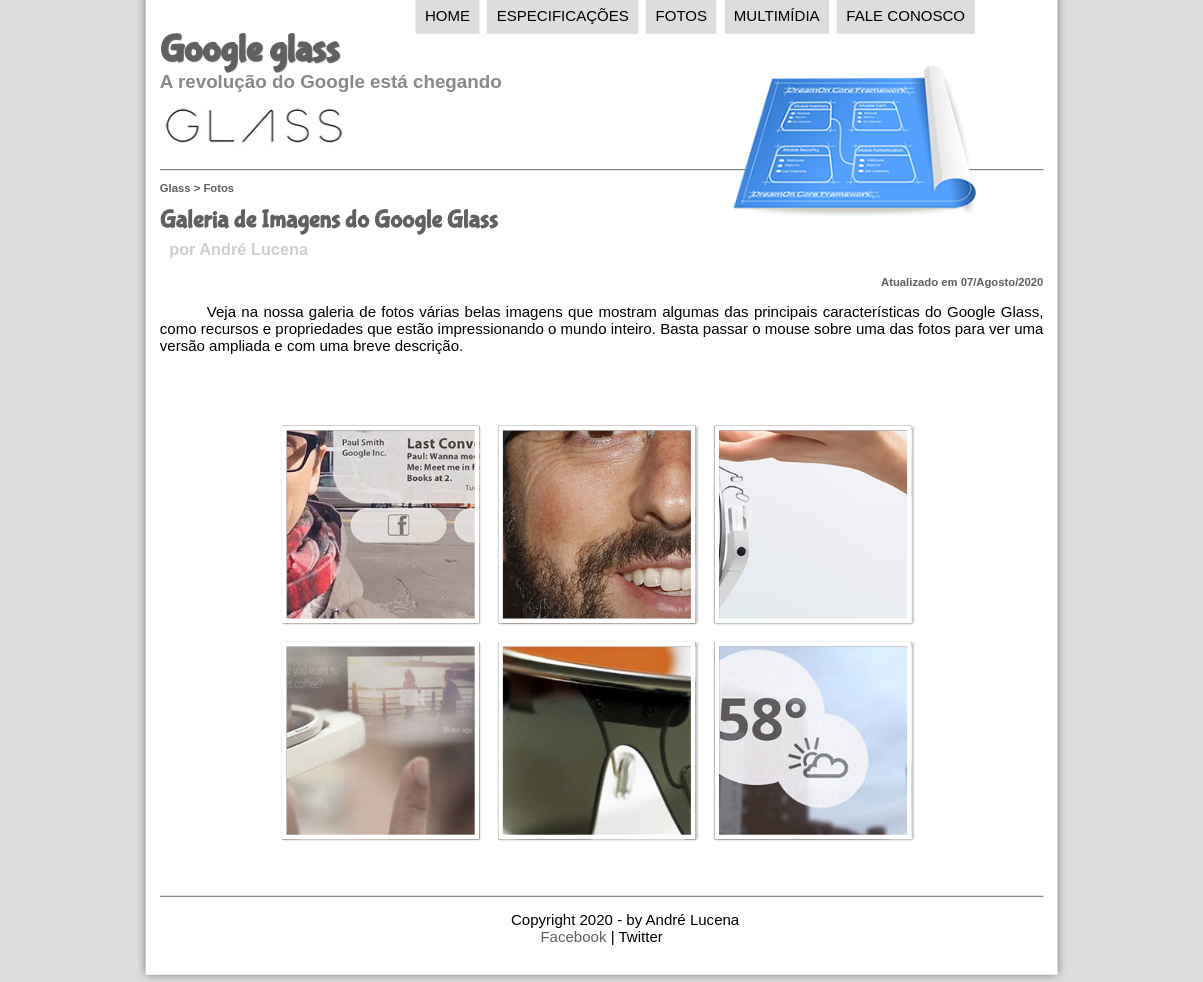
Repository: andre-lucena/Segundo-projeto
Page: fotos.html
An editor plug-in stored every save of this project. The page is shown before and after the next save, followed by the edit.
The browser window is 1280 px wide. The pictures show the whole page, at 94% of full size.
Some web fonts or font styles are not loaded; a fallback is used.

Above is the page before, as saved 2020-08-09 00:42:04.

### fotos.html
<!DOCTYPE html>
<html lang="pt-br">

<head>
    <meta charset="UTF-8">
    <meta name="viewport" content="width=device-width, initial-scale=1.0">
    <title>Tudo sobre o Google glass</title>
    <link rel="stylesheet" href="css/estilo.css">
    <link rel="stylesheet" href="css/fotos.css">
</head>
<script lang="javasript" src="javascript/funcoes.js"></script>

<body>
    <div id="interface">
        <header id="cabecalho">
            <hgroup>
                <h1>Google glass</h1>
                <h2>A revolução do Google está chegando</h2>
            </hgroup>
            <img src="imagens/especificacoes.png" alt="Especificações" id="icone">

            <nav id="menu">
                <ul>
                    <li onmouseover="mudaFoto('imagens/home.png')" onmouseout="mudaFoto('imagens/especificacoes.png')"><a href="home.html"> Home</a></li>
                    <li onmouseover="mudaFoto('imagens/especificacoes.png')" onmouseout="mudaFoto('imagens/especificacoes.png')"><a href="specs.html"> Especificações</a></li>
                    <li onmouseover="mudaFoto('imagens/fotos.png')" onmouseout="mudaFoto('imagens/especificacoes.png')"><a href="fotos.html"> Fotos</a></li>
                    <li onmouseover="mudaFoto('imagens/multimidia.png')" onmouseout="mudaFoto('imagens/especificacoes.png')"><a href="Multimidia.html"> Multimídia</a></li>
                    <li onmouseover="mudaFoto('imagens/contato.png')" onmouseout="mudaFoto('imagens/especificacoes.png')"> <a href="Fale-conosco.html"> Fale conosco</a></li>
                </ul>
            </nav>
        </header>
        <section id="corpo-full">
            <article id="noticia-principal">
                <header id="cabecalho-artigo">
                    <hgroup>
                        <h3>Glass > Fotos</h3>
                        <h1>Galeria de Imagens do Google Glass</h1>
                        <h2>por André Lucena </h2>
                        <h3 class="direita">Atualizado em 07/Agosto/2020 </h3>

        </section>

        <p>Veja na nossa galeria de fotos várias belas imagens que mostram algumas das principais características do Google Glass, como recursos e propriedades que estão impressionando o mundo inteiro. Basta passar o mouse sobre uma das fotos para ver uma
            versão ampliada e com uma breve descrição.</p>

        <ul id="album-fotos">

            <li id="foto01"><span>Agenda e lembretes</span></li>
            <li id="foto02"><span>Sergey Brin usando o Glass</span></li>
            <li id="foto03"><span>Leve e compacto</span></li>
            <li id="foto04"><span>Sensação de uma tela de 50"</span></li>
            <li id="foto05"><span>Vários tipos de lente</span></li>
            <li id="foto06"><span>Informações importantes</span></li>

        </ul>

        </hgroup>
        </header </article>
        </section>


        <footer id="rodape">
            <p>Copyright 2020 - by André Lucena<br/>

                <a href="https://www.facebook.com/andre.lucena.37" target="_blanks">Facebook</a> | Twitter</p>
        </footer>

</body>

</html>

### css/estilo.css
@charset "UTF-8";
@import url('https://fonts.googleapis.com/css?family= Titillium + Web & display = swap');
@font-face {
    font-family: 'FonteLogo';
    src: url("./fonts/bubblegum-sans-regular.otf");
}

body {
    /* define as configurações do corpo do site */
    font-family: Arial, sans-serif;
    /* define o tipo de letra */
    background-color: #dddddd;
    /* especifica a cor de fundo do elemento */
    color: rgba(0, 0, 0, 1);
    /* define a cor das letras */
}

div#interface {
    width: 940px;
    /* define a largura de um elemento */
    background-color: #ffffff;
    margin: -20px auto 0px auto;
    /* usadas para criar espaço em torno dos elementos, fora de qualquer borda definida */
    box-shadow: 0px 0px 10px rgba(0, 0, 0, .5);
    /* propriedade anexa uma ou mais sombras a um elemento */
    padding: 15px;
    /* usadas para gerar espaço ao redor do conteúdo de um elemento, dentro de quaisquer bordas definidas */
}

p {
    text-align: justify;
    /*Serve para alinha os textos*/
    text-indent: 50px;
    /* Serve para identar os textos*/
}

a {
    color: #606060;
    text-decoration: none;
    /* propriedade especifica a decoração adicionada ao texto e é uma propriedade abreviada para */
}

a:hover {
    text-decoration: underline;
}

header#cabecalho img#icone {
    position: absolute;
    /* A positionpropriedade especifica o tipo de método de posicionamento usado para um elemento.
    Existem cinco valores de posição diferentes: static, relative, fixed, absolute e sticky */
    left: 780px;
    top: 70px;
}

header#cabecalho {
    border-bottom: 1px #606060 solid;
    height: 150px;
    /* propriedade define a altura de um elemento */
    background: url("imagens/glass-logo-peq.jpg") no-repeat 0px 80px;
    /* Defineo a cor de fundo */
}

header#cabecalho h1 {
    font-family: 'FonteLogo', sans-serif;
    font-size: 30pt;
    color: #606060;
    text-shadow: 1px 1px 1px rgba(0, 0, 0, .6);
    /* adiciona sombra ao texto */
    padding: 0pc;
    margin-bottom: 0px;
    /* propriedade define a margem inferior de um elemento */
}

header#cabecalho h2 {
    font-family: 'Titillium Web', sans-serif;
    color: #888888;
    font-size: 15pt;
    padding: 0px;
    margin-top: 0px;
}


/* Formatação de imagens com legendas*/

figure.foto-legenda {
    position: relative;
    border: 8px solid white;
    /* Define a espessura da borda e a cor da borda  */
    box-shadow: 1px 1px 4px black;
}

figure.foto-legenda img {
    width: 100%;
    /* Define a largura */
    height: 50%;
    /* Define a altura */
}

figure.foto-legenda figcaption {
    position: absolute;
    /* tipo de método de posicionamento usado para um elemento.
    Existem cinco valores de posição diferentes */
    top: 0px;
    /*  propriedade afeta a posição vertical de um elemento posicionado */
    background-color: rgba(0, 0, 0, .4);
    color: white;
    width: 100%;
    height: 100%;
    padding: 10px;
    box-sizing: border-box;
    /* propriedade define como a largura e a altura de um elemento são calculadas: elas devem incluir preenchimento e bordas ou não */
    transition: opacity 1s;
    /* As transições CSS permitem que você altere os valores das propriedades suavemente, durante um determinado período. */
    opacity: 0;
    /* Defina o nível de opacidade para um elemento <div> */
}

figure.foto-legenda:hover figcaption {
    opacity: 1;
}


/* Formatação do menu */

nav#menu {
    display: block;
    /* propriedade especifica o comportamento de exibição (o tipo de caixa de renderização) de um elemento. */
}

nav#menu ul {
    list-style: none;
    /* propriedade é uma abreviação para as seguintes propriedades: list-style-type, posição de estilo de lista e list-style-image */
    text-transform: uppercase;
    /*  propriedade controla a capitalização de texto */
    position: absolute;
    top: -20px;
    left: 400px;
}

nav#menu li {
    display: inline-block;
    background-color: #dddddd;
    padding: 10px;
    margin: 2px;
    transition: background-color 1s;
}

nav#menu li:hover {
    background-color: #606060;
}

nav#menu h1 {
    display: none;
}

nav#menu a {
    color: #000000;
    text-decoration: none;
}

nav#menu a:hover {
    color: #ffffff;
    text-decoration: underline;
}

section#corpo {
    display: block;
    width: 580px;
    float: left;
    /* usada para envolver o texto em imagens, usada para posicionar e formatar o conteúdo, por exemplo, deixar uma imagem flutuar à esquerda do texto em um contêiner */
    border-right: 1px solid #606060;
    padding-right: 15px;
}

article#noticia-principal h2 {
    font-size: 13pt;
    color: #606060;
    background-color: #dddddd;
    padding: 5px 0px 5px 10px;
    margin: 10px 0px 10px 0px;
}

header#cabecalho-artigo h1 {
    font-family: 'FonteLogo', sans-serif;
    font-size: 20pt;
    color: #606060;
    margin-bottom: 0px;
    margin-top: 0px;
}

.direita {
    text-align: right;
}

header#cabecalho-artigo h2 {
    font-size: 13pt;
    color: #cecece;
    background-color: #ffffff;
    margin: 0px;
}

header#cabecalho-artigo h3 {
    font-size: 12px;
    color: #606060;
}

table#tabelaspec {
    border: 1px solid #606060;
    border-spacing: 0px;
    margin-left: auto;
    margin-right: auto;
}

table#tabelaspec td {
    border: 1px solid #606060;
    padding: 10px;
    text-align: center;
}

table#tabelaspec td.ce {
    color: #ffffff;
    background-color: #606060;
    vertical-align: top;
    text-align: right;
}

table#tabelaspec td.cd {
    color: #000000;
    background-color: #cecece;
    text-align: left;
}

table#tabelaspec caption {
    color: #888888;
    font-size: 13pt;
    font-weight: bolder;
}

table#tabelaspec caption span {
    display: block;
    float: right;
    color: #000000;
    font-size: 8pt;
    margin-top: 10px;
}

aside#lateral {
    display: block;
    width: 310px;
    float: right;
    background-color: #dddddd;
    padding: 10px;
    margin-top: 10px;
    box-shadow: 1px 1px 1px rgba(0, 0, 0, .5);
}

aside#lateral h1 {
    font-family: 'FonteLogo', sans-serif;
    font-size: 20pt;
    color: #606060;
    margin-top: 0px;
}

aside#lateral h2 {
    background-color: #606060;
    font-size: 13pt;
    color: #ffffff;
    padding: 5px;
}

footer#rodape {
    clear: both;
    border-top: 1px #606060 solid;
}

footer#rodape p {
    text-align: center;
}

div#sports video {
    display: block;
    width: 300px;
    float: center;
}

div#sports01 video {
    display: block;
    width: 480px;
    float: center;
    border-bottom: 1px;
    margin-bottom: 8px;
}

### css/fotos.css
@charset "UTF-8";
ul#album-fotos {
    width: 700px;
    margin: 0 auto;
    padding: 50px;
    overflow: hidden;
    list-style: none;
}

ul#album-fotos li span {
    opacity: 0;
    color: #ffffff;
    text-shadow: 1px 1px 1px #000000;
    font-size: 9pt;
    background-color: rgba(0, 0, 0, .3);
    line-height: 370px;
    padding: 5px;
}

ul#album-fotos li:hover {
    -webkit-transform: scale(1.5);
}

ul#album-fotos li:hover span {
    opacity: 1;
}

ul#album-fotos li {
    float: left;
    width: 200px;
    height: 200px;
    margin: 10px;
    border: 5px solid #ffffff;
    background-color: #ffffff;
    box-shadow: 1px 1px 3px rgba(0, 0, 0, .4);
    -webkit-transition: all 0.4s ease-in;
}

ul#album-fotos li#foto01 {
    background: url("../imagens/galeria-01.jpg") no-repeat;
    background-position: 50% 50%;
    background-size: 400px 400px;
    background-color: #000000;
}

ul#album-fotos li#foto01:hover {
    background-position: 0px 0px;
    background-size: 200px 200px;
}

ul#album-fotos li#foto02 {
    background: url("../imagens/galeria-02.jpg") no-repeat;
    background-position: 50% 50%;
    background-size: 400px 400px;
    background-color: #000000;
}

ul#album-fotos li#foto02:hover {
    background-position: 0px 0px;
    background-size: 200px 200px;
}

ul#album-fotos li#foto03 {
    background: url("../imagens/galeria-03.jpg") no-repeat;
    background-position: 50% 50%;
    background-size: 400px 400px;
    background-color: #000000;
}

ul#album-fotos li#foto03:hover {
    background-position: 0px 0px;
    background-size: 200px 200px;
}

ul#album-fotos li#foto04 {
    background: url("../imagens/galeria-04.jpg") no-repeat;
    background-position: 50% 50%;
    background-size: 400px 400px;
    background-color: #000000;
}

ul#album-fotos li#foto004:hover {
    background-position: 0px 0px;
    background-size: 200px 200px;
}

ul#album-fotos li#foto05 {
    background: url("../imagens/galeria-05.jpg") no-repeat;
    background-position: 50% 50%;
    background-size: 400px 400px;
    background-color: #000000;
}

ul#album-fotos li#foto05:hover {
    background-position: 0px 0px;
    background-size: 200px 200px;
}

ul#album-fotos li#foto06 {
    background: url("../imagens/galeria-06.jpg") no-repeat;
    background-position: 50% 50%;
    background-size: 400px 400px;
    background-color: #000000;
}

ul#album-fotos li#foto06:hover {
    background-position: 0px 0px;
    background-size: 200px 200px;
}

Loaded but not shown: javascript/funcoes.js (common file)

After the next save:
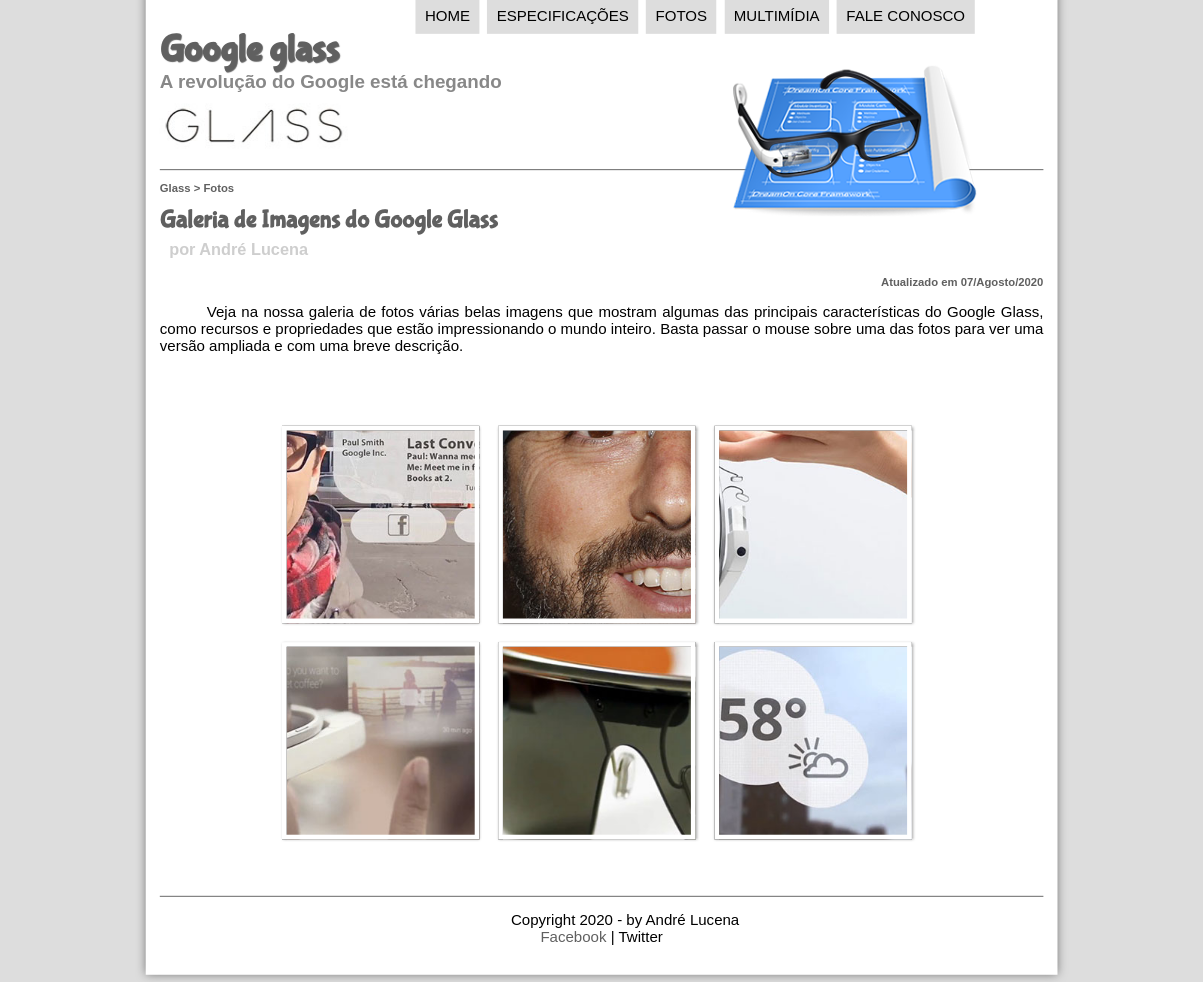
Saved 2 min 30 s later.
--- a/fotos.html
+++ b/fotos.html
@@ -18,6 +18,7 @@
                 <h2>A revolução do Google está chegando</h2>
             </hgroup>
             <img src="imagens/especificacoes.png" alt="Especificações" id="icone">
+            <img src="imagens/glass-oculos-preto-peq.png" alt="Óculos google glass" id="icone">
 
             <nav id="menu">
                 <ul>

After the save that followed:
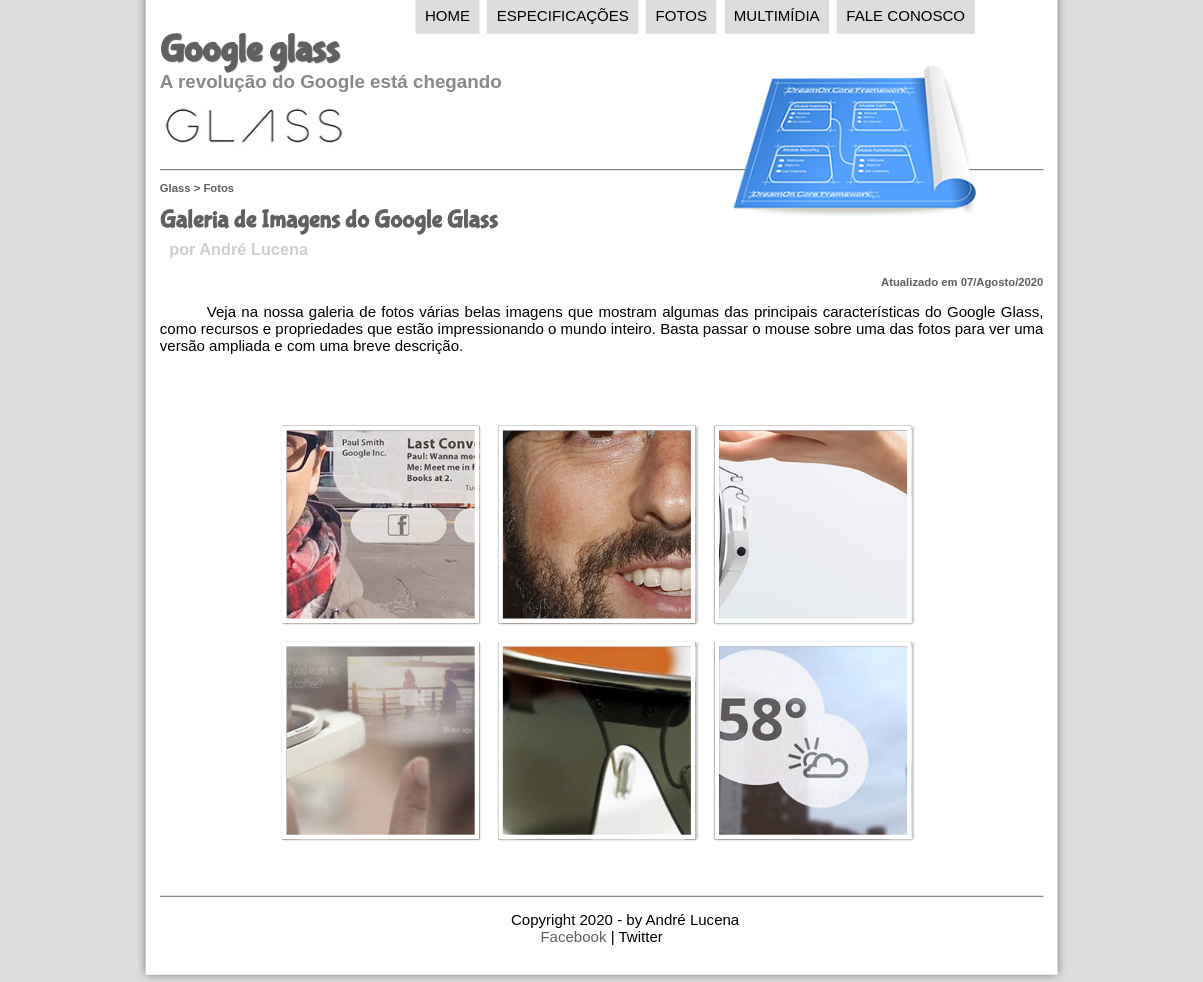
Saved 25 s later.
--- a/fotos.html
+++ b/fotos.html
@@ -18,7 +18,7 @@
                 <h2>A revolução do Google está chegando</h2>
             </hgroup>
             <img src="imagens/especificacoes.png" alt="Especificações" id="icone">
-            <img src="imagens/glass-oculos-preto-peq.png" alt="Óculos google glass" id="icone">
+
 
             <nav id="menu">
                 <ul>
